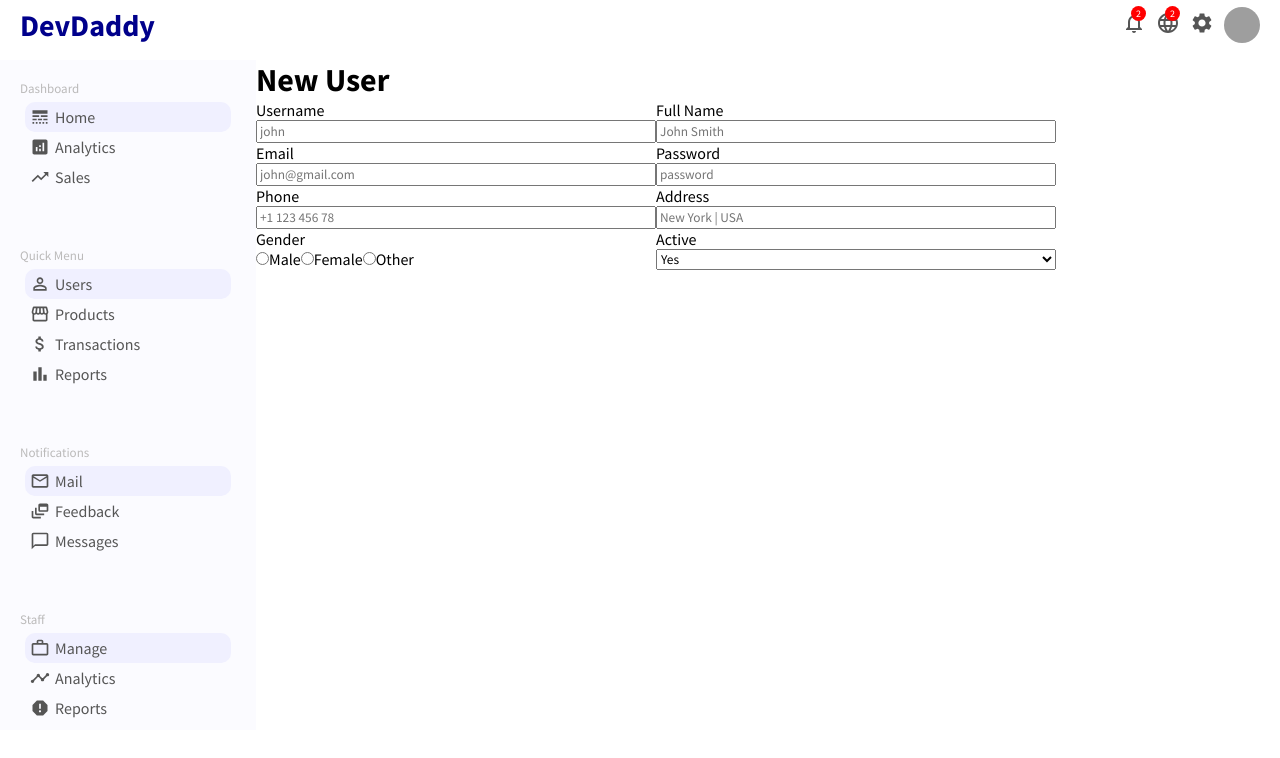
Repository: Marhamat92/react-admin-dashboard
Page: /newUser
An editor plug-in stored every save of this project. The page is shown before and after the next save, followed by the edit.
The browser window is 1280 px wide. The pictures show the whole page.
Pictures or frames that could not be fetched are drawn as grey boxes. The project was rebuilt for these pictures with package versions that can differ from the ones it lists, and the page was loaded fresh each time. Also part of the build but not shown: src/pages/home/home.scss, src/components/featuredInfo/featuredInfo.scss, src/components/featuredInfo/FeaturedInfo.js, src/components/chart/chart.scss, src/components/chart/Chart.js, src/data/userData.js, src/components/widgetSm/widgetSm.scss, src/components/widgetSm/WidgetSm.js and 8 more.

Above is the page before, as saved 2023-02-13 14:16:55.

After the next save:
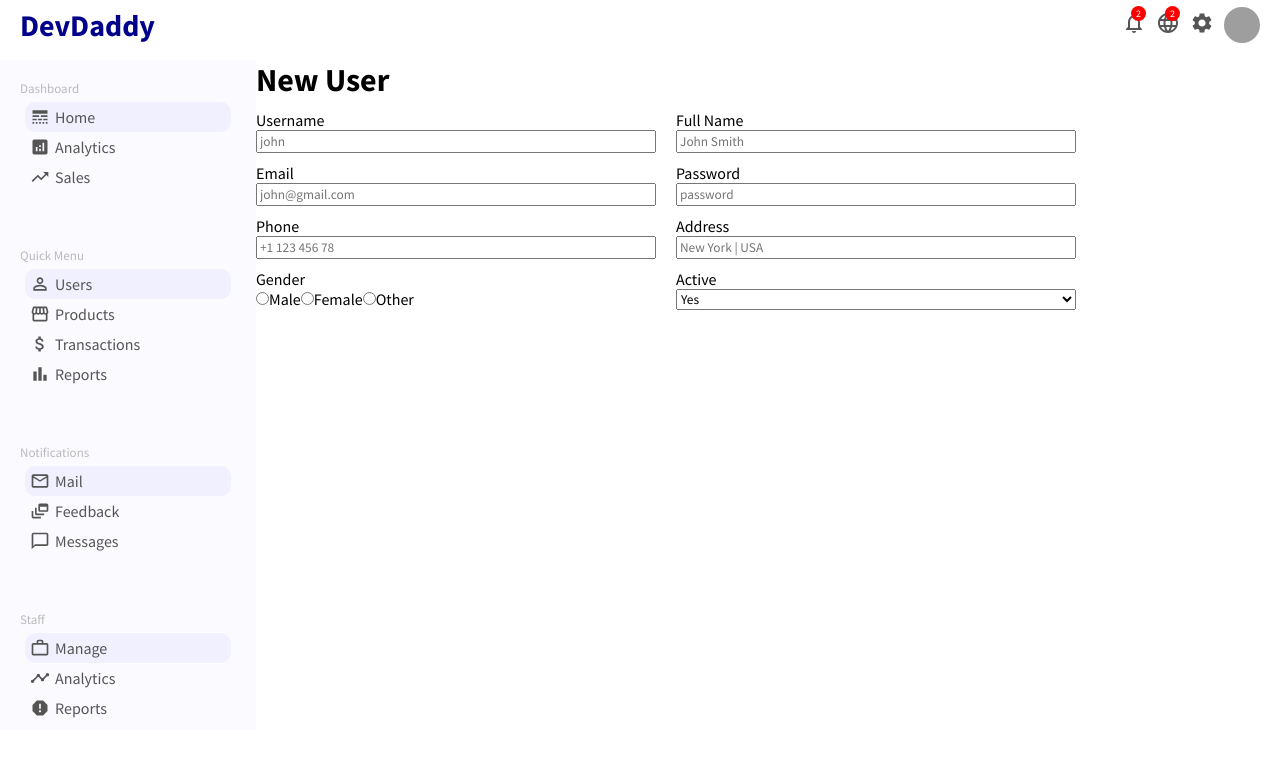
Saved 22 s later.
--- a/src/pages/newUser/newUser.scss
+++ b/src/pages/newUser/newUser.scss
@@ -11,5 +11,6 @@
   width:400px;
   display: flex;
   flex-direction: column;
-
+  margin-top: 10px;
+  margin-right:20px;
 }
